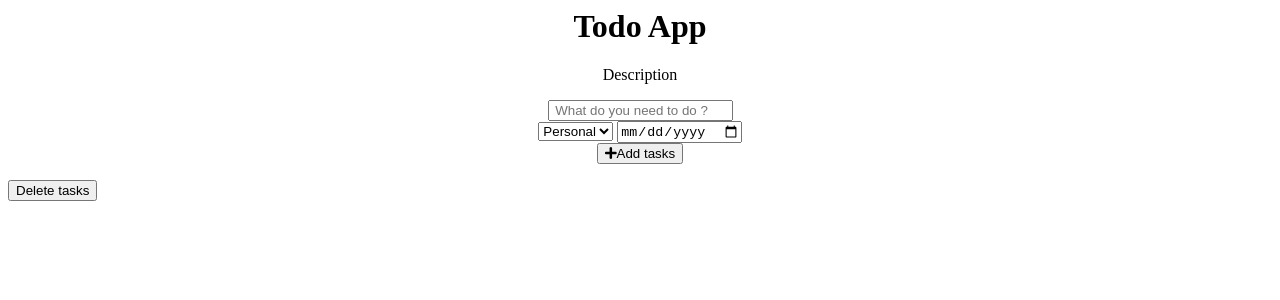
Repository: Sayan-100/Todo-List
Page: http://localhost/
The author's editor kept a copy of each file at every save. The page is drawn from the files as they stood at one save, then again after the next save.
The browser window is 1280 px wide. The pictures show the whole page.
Some web libraries are served in a nearby version. The page is served by the project's Node server (index.js). Queries for data that is not in the repository find no rows.

Above is the page before, as saved 2021-12-29 18:32:20.
Not found: js/home.js

After the next save:
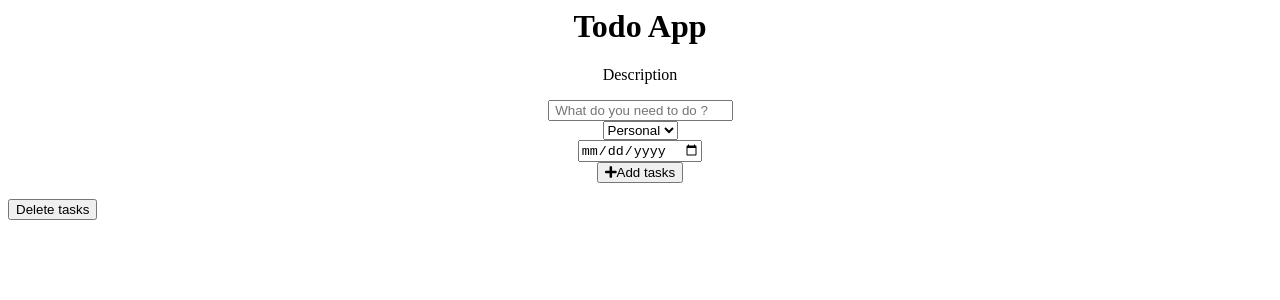
Saved 96 s later.
--- a/views/home.ejs
+++ b/views/home.ejs
@@ -21,14 +21,16 @@
             </div>
 
             <div class="options">
-                <select name="Category" required>
+
+                <div class="cat">
+                    <select name="Category" required>
                 <option>Personal</option>
                 <option>Work</option>
                 <option>Cleaning</option>
                 <option>School</option>
                 <option> others</option>
                 </select>
-
+                </div>
                 <input type="date" id="birthday " name="DueDate">
             </div>
             <button type="submit" form="create-todo"><i class="fas fa-plus"></i>Add tasks</button>
